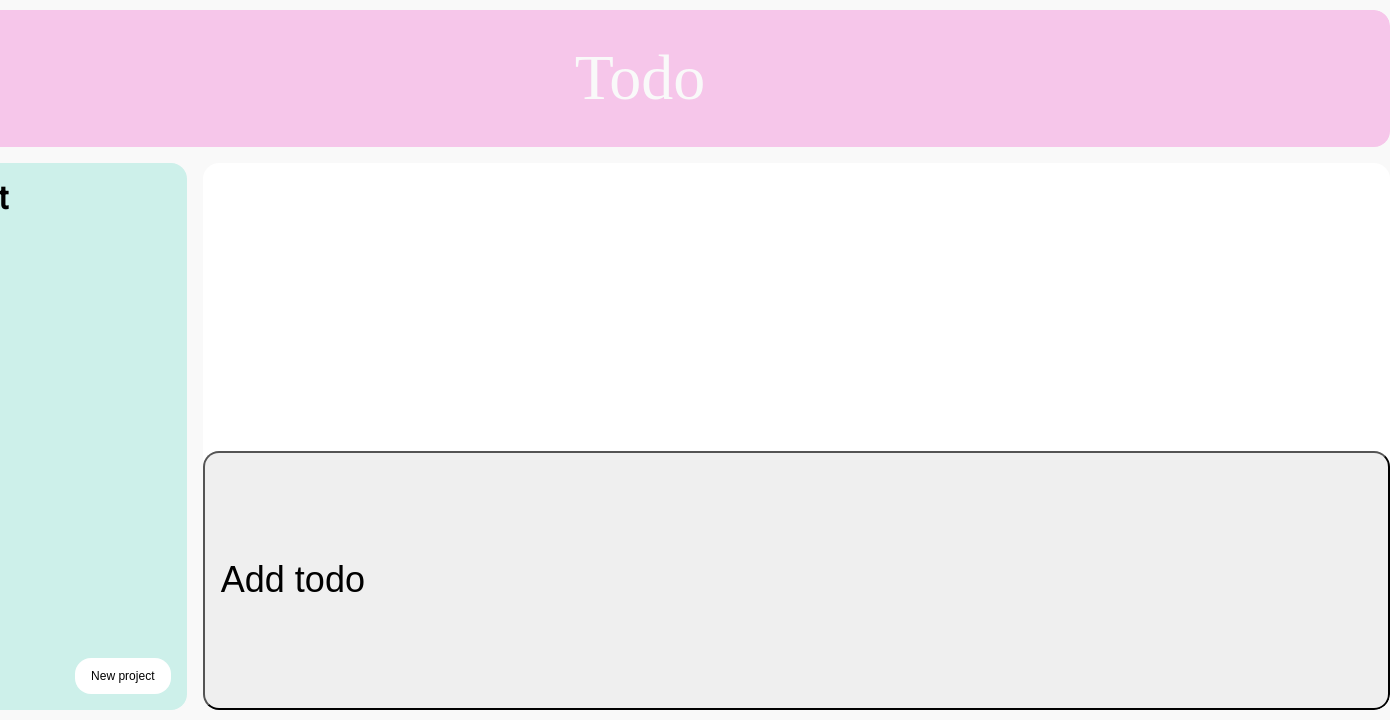
Repository: yeetzpxoci/todo-list
Page: dist/index.html
These files come from the project's save history. The page is drawn as it stood at one moment and after the next save; the edit follows.
The browser window is 1280 px wide. The page is 1390 px wide, so the pictures cover 1390 px, including what lies to the right of the window. The pictures show the whole page.
Some web fonts or font styles are not loaded; a fallback is used.

Above is the page before, as saved 2023-03-08 14:37:27.

### dist/index.html
<!DOCTYPE html>
<html lang="en">
<head>
    <meta charset="UTF-8">
    <meta http-equiv="X-UA-Compatible" content="IE=edge">
    <meta name="viewport" content="width=device-width, initial-scale=1.0">
    <title>Todo List</title>
    <link rel="stylesheet" href="styles.css">
    <link rel="preconnect" href="https://fonts.googleapis.com">
    <link rel="preconnect" href="https://fonts.gstatic.com" crossorigin>
    <link href="https://fonts.googleapis.com/css2?family=Tilt+Warp&display=swap" rel="stylesheet">
    <link href="https://fonts.googleapis.com/css2?family=Roboto&family=Tilt+Warp&display=swap" rel="stylesheet">
</head>
<body>

<script src="main.js"></script>
</body>
</html>

### dist/styles.css
body, html {
    margin:0;
    padding: 0;
}

body {
    min-height: 100vh;
    display: flex;
    flex-direction: column;
    justify-content: center;
    align-items: center;
    font-family: 'Roboto';
    background-color: #F9F9F9;
}

p {
    margin: 0;
    padding: 0;
}

#content {
    width: 1500px;
    height: 700px;
    display: grid;
    grid-template-columns: 1fr 4fr;
    grid-template-rows: 1fr 4fr;
    background-color: #F9F9F9;
    z-index: 0;
    overflow: hidden;
    border-radius: 16px;
    gap: 16px;
}

#header {
    display: flex;
    justify-content: center;
    align-items: center;
    background-color: #F6C6EA;
    font-size: 64px;
    font-family: 'Tilt Warp', cursive;
    grid-column: 1 / 3;
    grid-row: 1 / 2;
    z-index: 1;
    border-radius: 16px;
}

#header p {
    margin: 24px;
    padding: 0;
    color: #F9F9F9;
}

#sidebar {
    display: flex;
    flex-direction: column;
    background-color: #CDF0EA;
    grid-column: 1 / 2;
    grid-row: 2 / 3;
    z-index: -1;
    border-radius: 16px;
}

#projects-div {
    display: flex;
    flex-direction: column;
    width: 100%;
}

#add-project {
    align-self: flex-end;
    border-radius: 16px;
    border-width: 0;
    height: 36px;
    width: 96px;
    font-size: 12px;
    margin-top: auto;
    margin-right: 16px;
    margin-bottom: 16px;
    background-color: #FFFFFF;
    cursor: pointer;
}

#add-todo {
    display: flex;
    justify-content: space-between;
    align-items: center;
    height: 100%;
    border-radius: 16px;
    padding-left: 16px;
    padding-right: 16px;
    font-size: 36px;
    cursor: pointer;
}

.project-name {
    font-size: 32px;
    font-weight: bold;
    cursor: pointer;
    margin: 0;
    padding: 0;
}

.project-div {
    display: flex;
    justify-content: space-between;
    align-items: center;
    padding: 16px;
}

.project-remove-button {
    background-color: transparent;
    border-radius: 8px;
    border-width: 0px;
    font-weight: bold;
    font-size: 32px;
    cursor: pointer;
}

#todos-wrapper {
    display: flex;
    flex-direction: column;
    gap: 16px;
    background-color: #FFFFFF;
    border-radius: 16px;
}

#todos {
    height: 100%;
    display: grid;
    grid-template-columns: 1fr 1fr;
    grid-auto-rows: 20%;
    column-gap: 16px;
    padding-left: 16px;
    padding-right: 16px;
    margin-top: 16px;
    overflow: scroll;
}

.todo, .todo-high, .todo-medium, .todo-low {
    display: flex;
    justify-content: space-between;
    align-items: center;
    height: 60%;
    border-radius: 16px;
    padding-left: 16px;
    padding-right: 16px;
    font-size: 20px;
}

.todo-high {
    background-color: #FFCBCB;
}

.todo-medium {
    background-color: #FFFDDE;
}

.todo-low {
    background-color: #E7FBBE;
}

.due {
    padding-left: 128px;
}

.checkbox {
    transform: scale(2);
}

.description {
    background-color: #caf1ff;
    border-radius: 16px;
    border-width: 0px;
    font-size: 20px;
    padding: 4px;
    cursor: pointer;
    background-color: transparent;
}

#description-div {
    display: none;
    flex-direction: column;
    flex-wrap: wrap;
    background-color: #F9F9F9;
    width: 25%;
    height: 40%;
    border-radius: 16px;
    padding: 16px;
    position: absolute;
    margin-left: auto;
    margin-right: auto;
    left: 0;
    right: 0;
    z-index: 2;
    box-shadow: 0 0 0 1600px rgba(0, 0, 0, 0.65);
}

#description-text {
    justify-content: baseline;
}

#close-button {
    margin-top: -8px;
    margin-right: -8px;
    font-weight: bold;
    width: 24px;
    height: 24px;
    align-self: flex-end;
    background-color: transparent;
    border: transparent;
    cursor: pointer;
}

#new-project-form {
    display: none;
    flex-direction: column;
    align-items: center;
    gap: 8px;
    flex-wrap: wrap;
    background-color: #F9F9F9;
    width: 20%;
    height: 10%;
    border-radius: 16px;
    padding: 16px;
    position: absolute;
    margin-left: auto;
    margin-right: auto;
    left: 0;
    right: 0;
    top: 256px;
    z-index: 2;
    box-shadow: 0 0 0 1600px rgba(0, 0, 0, 0.65);
}

#new-todo-form {
    display: none;
    flex-direction: column;
    align-items: center;
    gap: 8px;
    flex-wrap: wrap;
    background-color: #F9F9F9;
    width: 20%;
    height: 20%;
    border-radius: 16px;
    padding: 16px;
    position: absolute;
    margin-left: auto;
    margin-right: auto;
    left: 0;
    right: 0;
    top: 256px;
    z-index: 2;
    box-shadow: 0 0 0 1600px rgba(0, 0, 0, 0.65);
}

Loaded but not shown: dist/main.js (library)

After the next save:
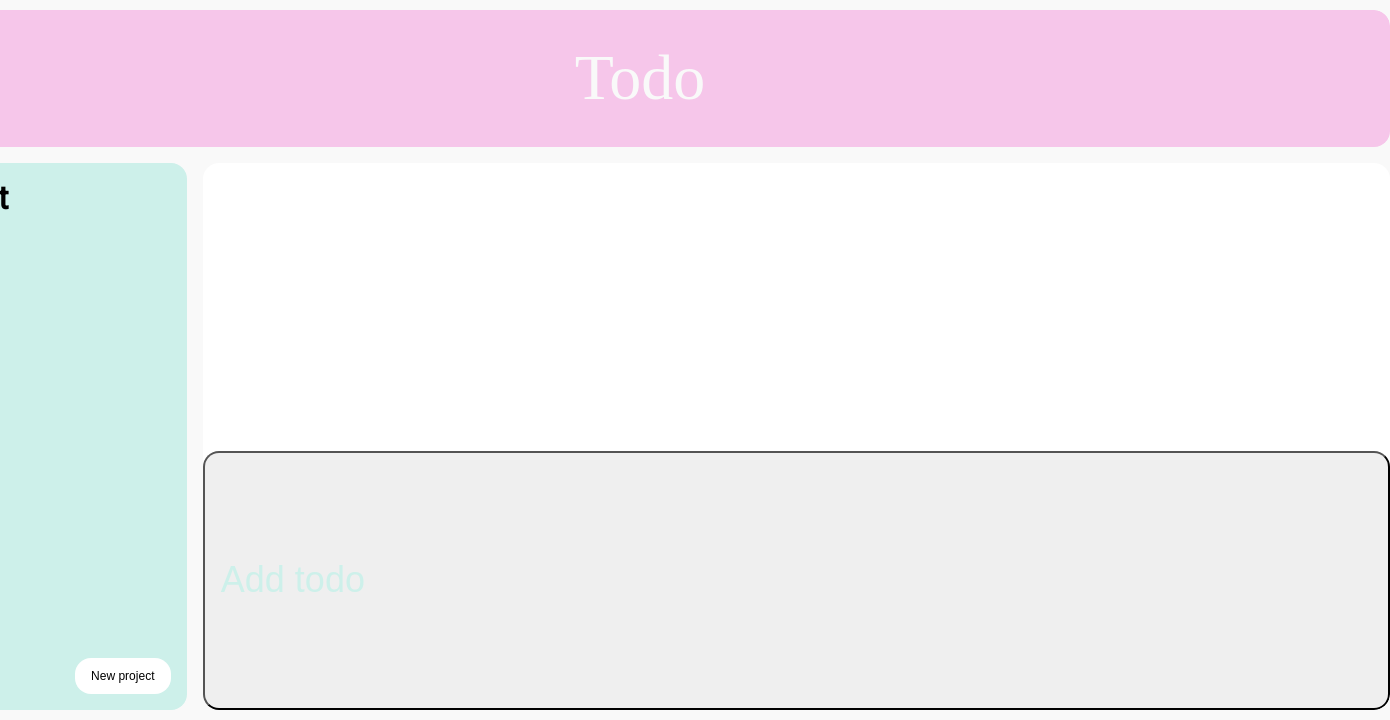
Saved 44 s later.
--- a/dist/styles.css
+++ b/dist/styles.css
@@ -84,6 +84,7 @@
     display: flex;
     justify-content: space-between;
     align-items: center;
+    color: #CDF0EA;
     height: 100%;
     border-radius: 16px;
     padding-left: 16px;

After the save that followed:
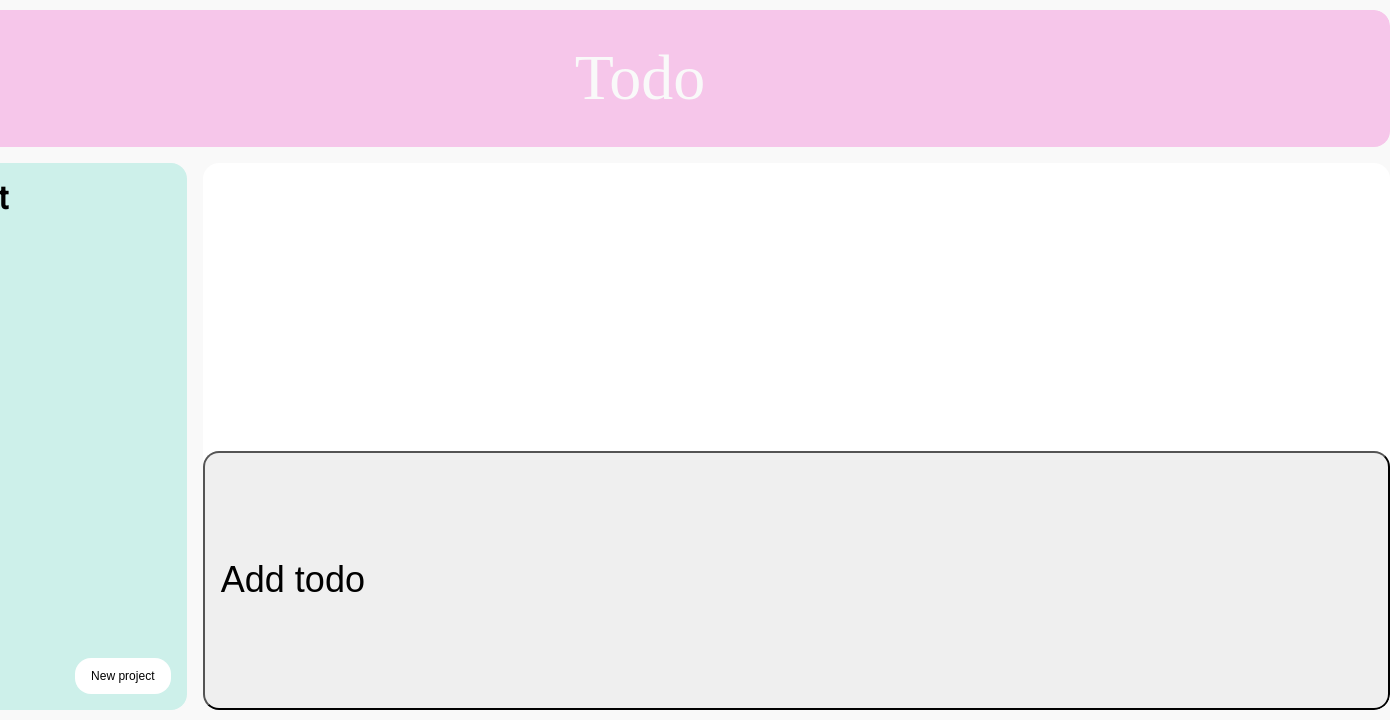
Saved 11 s later.
--- a/dist/styles.css
+++ b/dist/styles.css
@@ -84,7 +84,6 @@
     display: flex;
     justify-content: space-between;
     align-items: center;
-    color: #CDF0EA;
     height: 100%;
     border-radius: 16px;
     padding-left: 16px;
